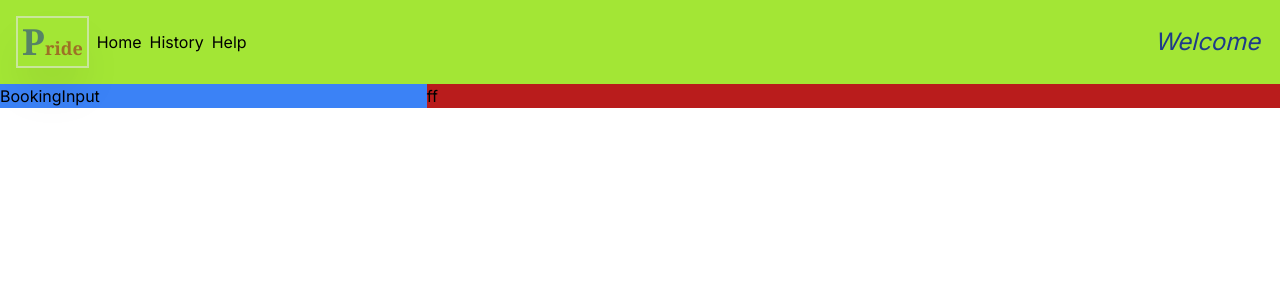
Repository: Semanmernstack/uber-mapbox
Page: /
An editor plug-in stored every save of this project. The page is shown before and after the next save, followed by the edit.
The browser window is 1280 px wide. The pictures show the whole page.
The page's requests for data from a server got no answer. The project was rebuilt for these pictures with package versions that can differ from the ones it lists, and the page was loaded fresh each time. Some packages were replaced by stand-ins written for this rebuild. The framework's server and built-in components were replaced by stand-ins that run in the browser. No one was signed in, and anything a server would have sent is missing. Also part of the build but not shown: next.config.js.

Above is the page before, as saved 2023-08-15 06:59:50.

After the next save:
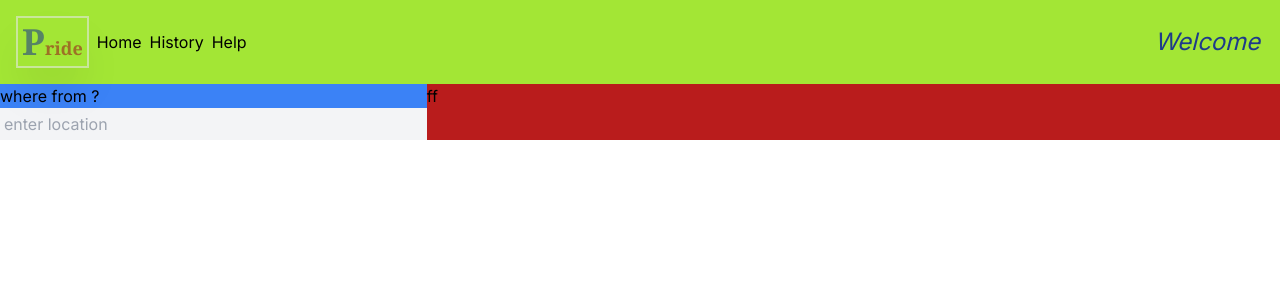
Saved 3 min 54 s later.
--- a/app/components/BookingInput.tsx
+++ b/app/components/BookingInput.tsx
@@ -2,7 +2,14 @@
 
 function BookingInput() {
   return (
-    <div>BookingInput</div>
+    <div>
+        <div>
+            <label> where from ?</label>
+            <input type="text" placeholder='enter location'
+                className="border-1 w-full outline-none bg-gray-100 focus:border-gray-700 p-1"
+            />
+        </div>
+    </div>
   )
 }
 
